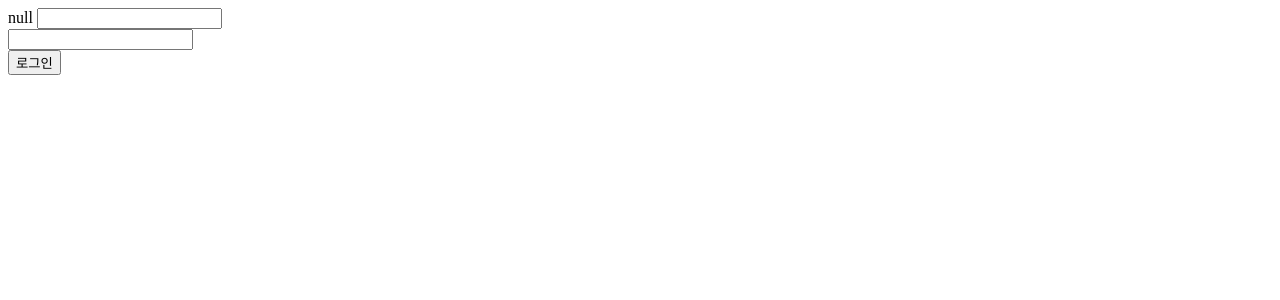
Repository: GotChun/DH_JSP
Page: http://localhost/01_JSP/C06/02/login.jsp
The author's editor kept a copy of each file at every save. The page is drawn from the files as they stood at one save, then again after the next save.
The browser window is 1280 px wide. The pictures show the whole page.
The page is served by Tomcat 9. Other server files are loaded and not shown.

Above is the page before, as saved 2024-10-22 06:21:34.

### 01_JSP/src/main/webapp/C06/02/login.jsp
<%@ page language="java" contentType="text/html; charset=UTF-8"
    pageEncoding="UTF-8"%>
<!DOCTYPE html>
<html>
<head>
<meta charset="UTF-8">
<title>Insert title here</title>
</head>
<body>

	<form action="lgoinProc.jsp" method=post>
		<div>
		<label><%=request.getAttribute("userid_msg") %></label>
		<input name=:"userid" />
		</div>
		<div>
			<label></label>
			<input tyoe="password" name="password" />
		</div>
		<div>
			<button>로그인</button>
			</div>
	</form>

</body>
</html>

After the next save:
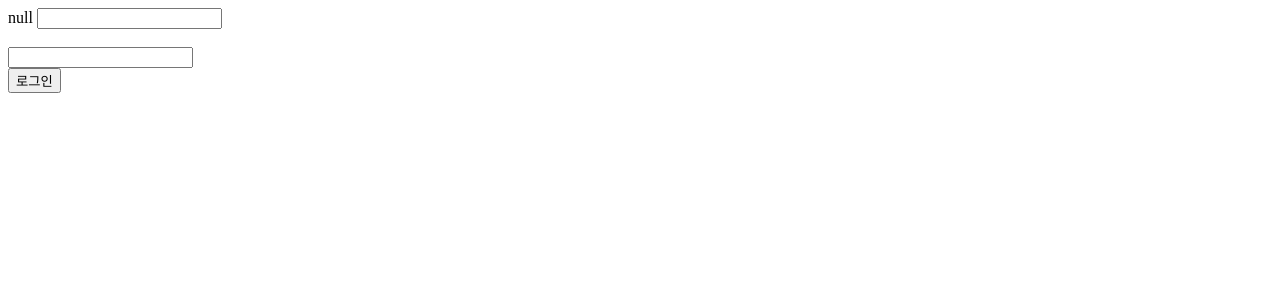
Saved 14 s later.
--- a/01_JSP/src/main/webapp/C06/02/login.jsp
+++ b/01_JSP/src/main/webapp/C06/02/login.jsp
@@ -14,7 +14,7 @@
 		<input name=:"userid" />
 		</div>
 		<div>
-			<label></label>
+			<label></label><br>
 			<input tyoe="password" name="password" />
 		</div>
 		<div>
